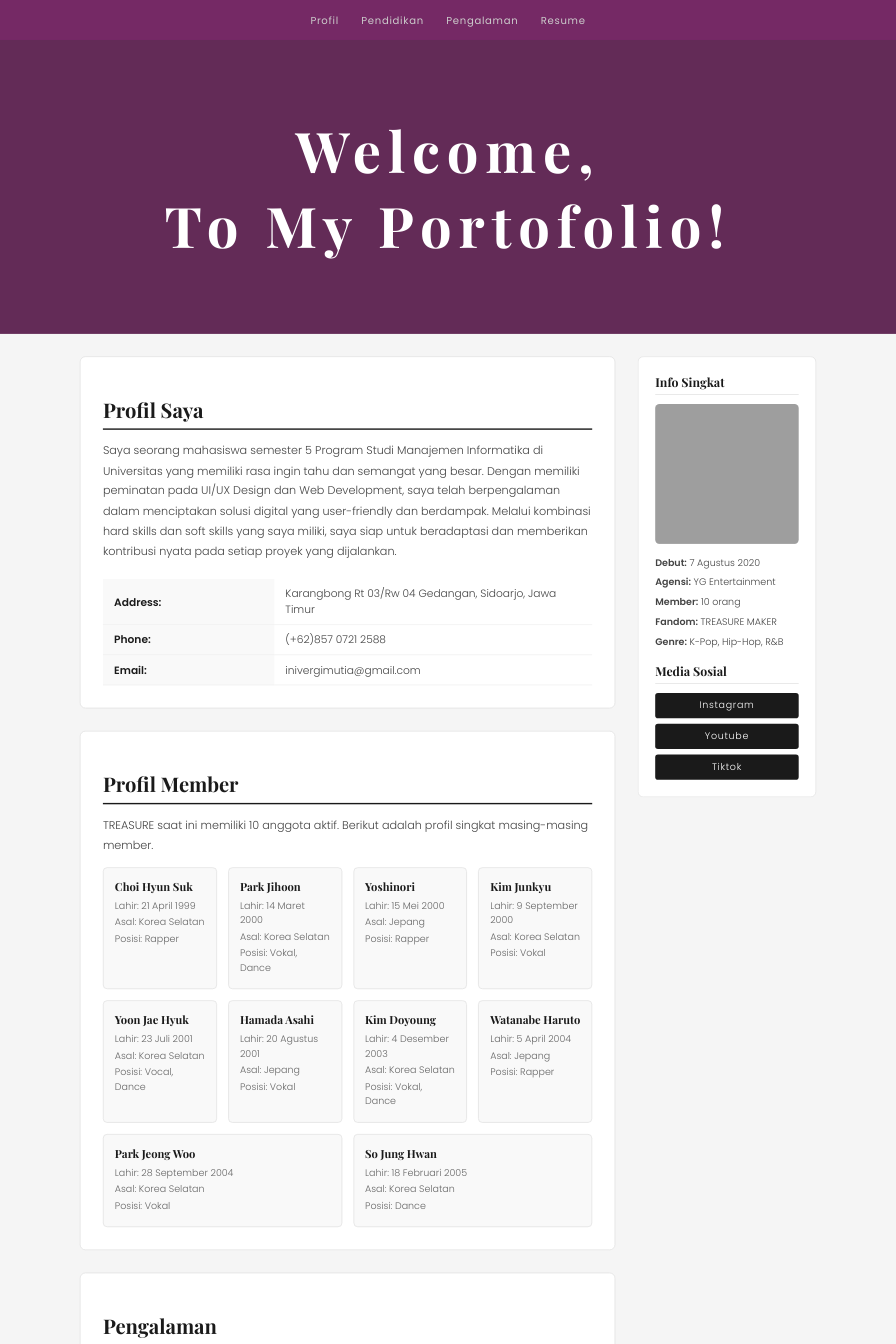
Repository: VergiMutiaRahmasyani/Website-Portofolio
Page: index.html
The author's editor kept a copy of each file at every save. The page is drawn from the files as they stood at one save, then again after the next save.
The browser window is 1280 px wide. The pictures show the part of the page from y = 0 to 1920 px (the page is 2984 px tall), at 70% of full size.
Pictures or frames that could not be fetched are drawn as grey boxes.

Above is the page before, as saved 2026-03-06 23:53:52.

After the next save:
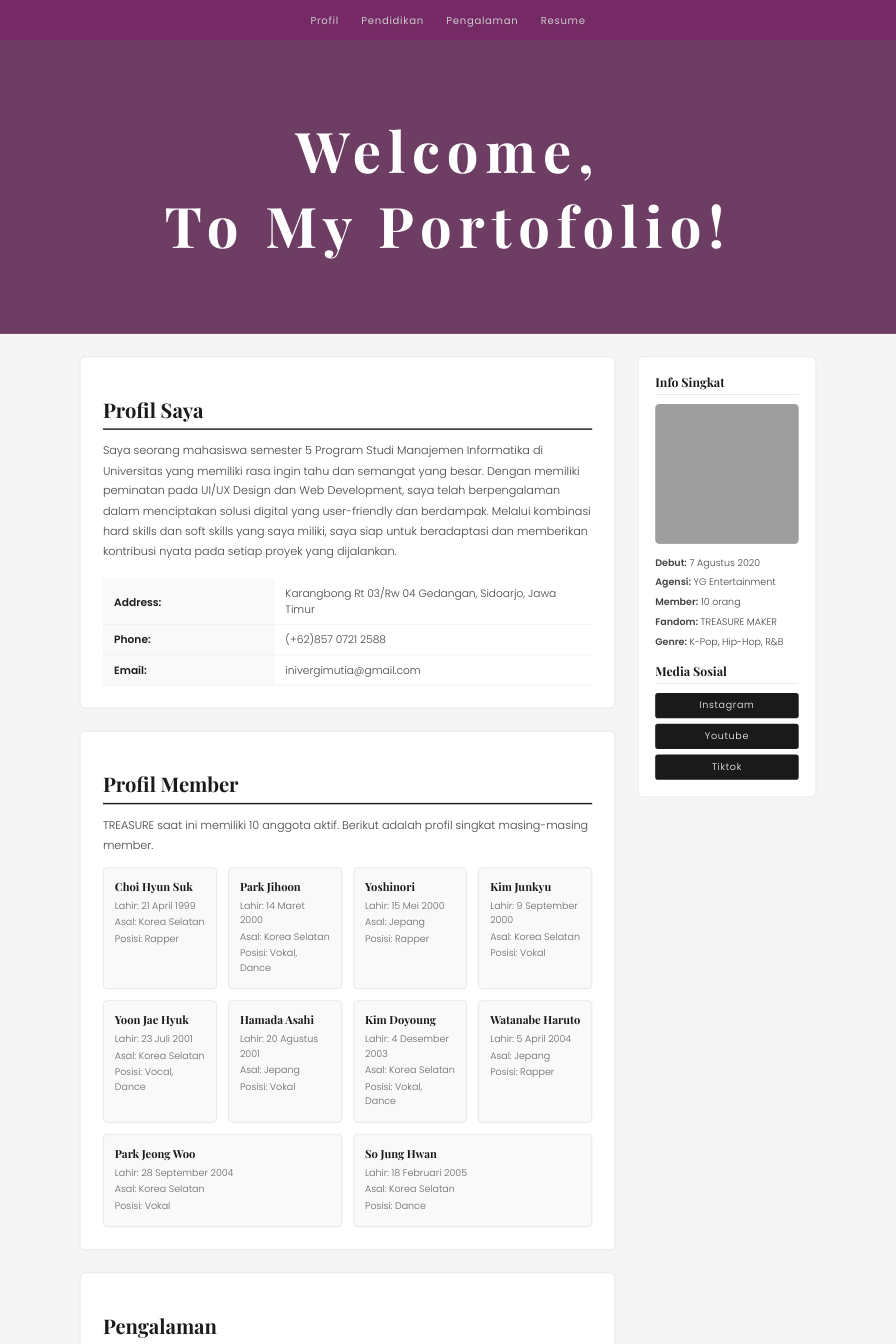
Saved 21 s later.
--- a/css/style.css
+++ b/css/style.css
@@ -13,7 +13,7 @@
 }
 
 header.site-header {
-    background-color: #632b57;
+    background-color: #6d3d63;
     color: white;
 }
 
